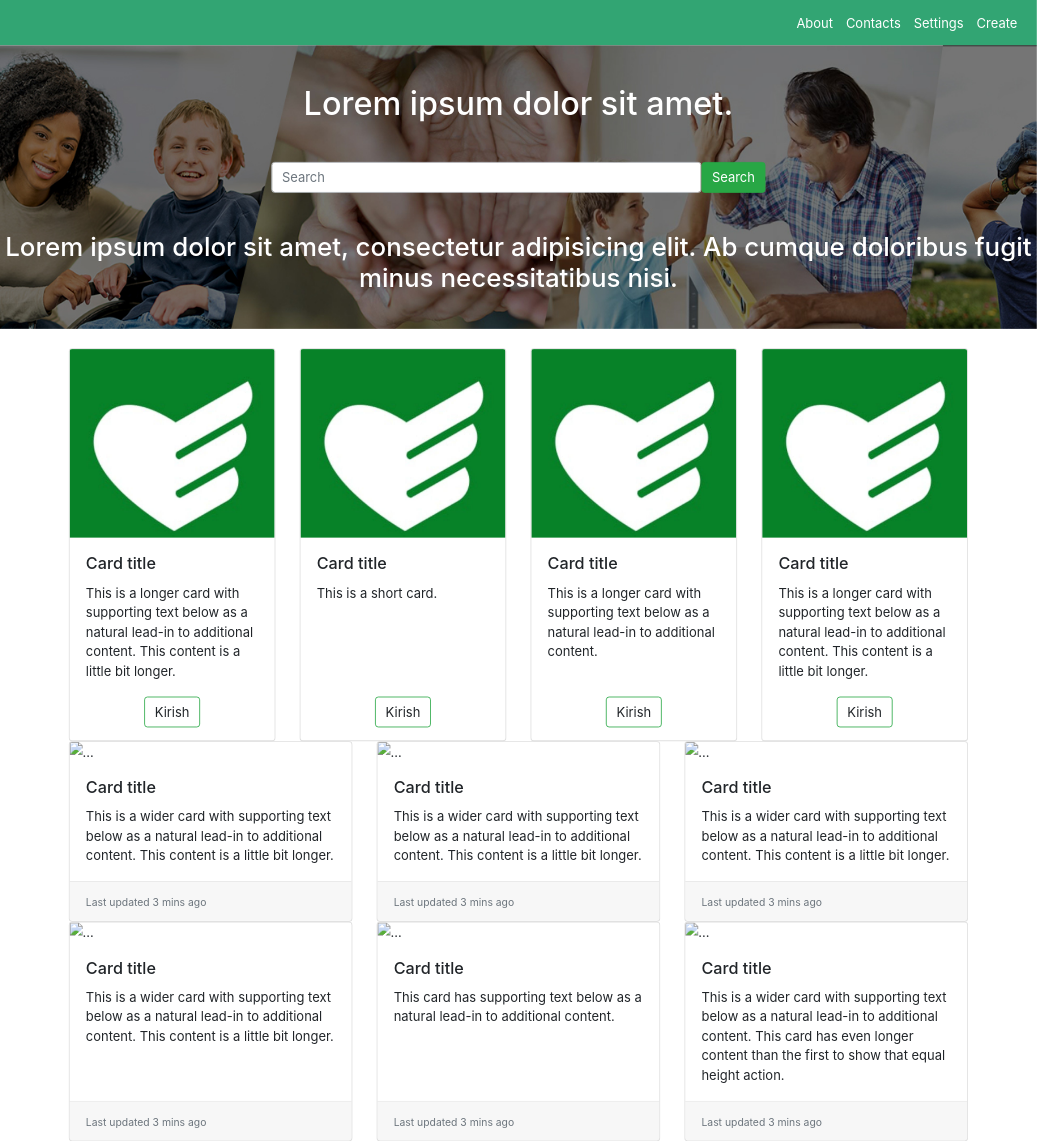
Repository: abduvali-aminov/fond
Page: http://localhost/main
An editor plug-in stored every save of this project. The page is shown before and after the next save, followed by the edit.
The browser window is 1280 px wide. The pictures show the whole page, at 81% of full size.
The page is served by the project's Laravel application, run on PHP 8.4 with Laravel 8.

Above is the page before, as saved 2021-01-18 13:46:03.

After the next save:
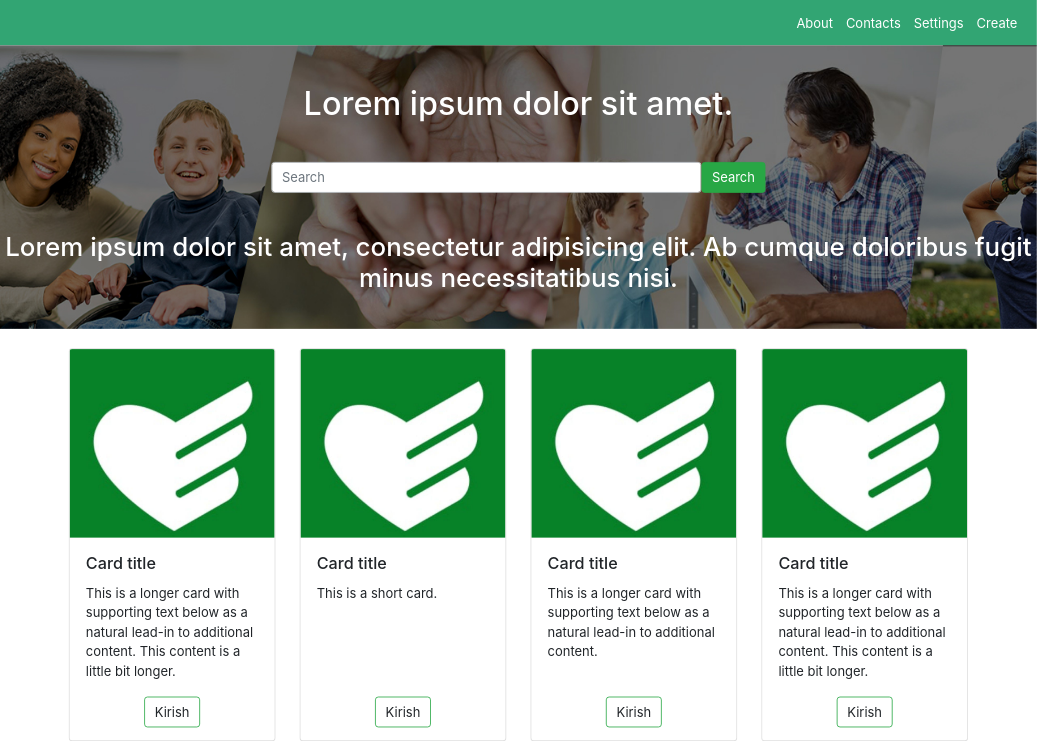
Saved 13 s later.
--- a/resources/views/main/index.blade.php
+++ b/resources/views/main/index.blade.php
@@ -69,81 +69,7 @@
         </div>
 
 
-        <div class="row row-cols-1 row-cols-md-3 g-4">
-            <div class="col">
-              <div class="card h-100">
-                <img src="..." class="card-img-top" alt="...">
-                <div class="card-body">
-                  <h5 class="card-title">Card title</h5>
-                  <p class="card-text">This is a wider card with supporting text below as a natural lead-in to additional content. This content is a little bit longer.</p>
-                </div>
-                <div class="card-footer">
-                  <small class="text-muted">Last updated 3 mins ago</small>
-                </div>
-              </div>
-            </div>
 
-            <div class="col">
-                <div class="card h-100">
-                  <img src="..." class="card-img-top" alt="...">
-                  <div class="card-body">
-                    <h5 class="card-title">Card title</h5>
-                    <p class="card-text">This is a wider card with supporting text below as a natural lead-in to additional content. This content is a little bit longer.</p>
-                  </div>
-                  <div class="card-footer">
-                    <small class="text-muted">Last updated 3 mins ago</small>
-                  </div>
-                </div>
-              </div>
-              <div class="col">
-                <div class="card h-100">
-                  <img src="..." class="card-img-top" alt="...">
-                  <div class="card-body">
-                    <h5 class="card-title">Card title</h5>
-                    <p class="card-text">This is a wider card with supporting text below as a natural lead-in to additional content. This content is a little bit longer.</p>
-                  </div>
-                  <div class="card-footer">
-                    <small class="text-muted">Last updated 3 mins ago</small>
-                  </div>
-                </div>
-              </div>
-              <div class="col">
-                <div class="card h-100">
-                  <img src="..." class="card-img-top" alt="...">
-                  <div class="card-body">
-                    <h5 class="card-title">Card title</h5>
-                    <p class="card-text">This is a wider card with supporting text below as a natural lead-in to additional content. This content is a little bit longer.</p>
-                  </div>
-                  <div class="card-footer">
-                    <small class="text-muted">Last updated 3 mins ago</small>
-                  </div>
-                </div>
-              </div>
-            <div class="col">
-              <div class="card h-100">
-                <img src="..." class="card-img-top" alt="...">
-                <div class="card-body">
-                  <h5 class="card-title">Card title</h5>
-                  <p class="card-text">This card has supporting text below as a natural lead-in to additional content.</p>
-                </div>
-                <div class="card-footer">
-                  <small class="text-muted">Last updated 3 mins ago</small>
-                </div>
-              </div>
-            </div>
-            <div class="col">
-              <div class="card h-100">
-                <img src="..." class="card-img-top" alt="...">
-                <div class="card-body">
-                  <h5 class="card-title">Card title</h5>
-                  <p class="card-text">This is a wider card with supporting text below as a natural lead-in to additional content. This card has even longer content than the first to show that equal height action.</p>
-                </div>
-                <div class="card-footer">
-                  <small class="text-muted">Last updated 3 mins ago</small>
-                </div>
-              </div>
-            </div>
-          </div>
 
 
     </div>
